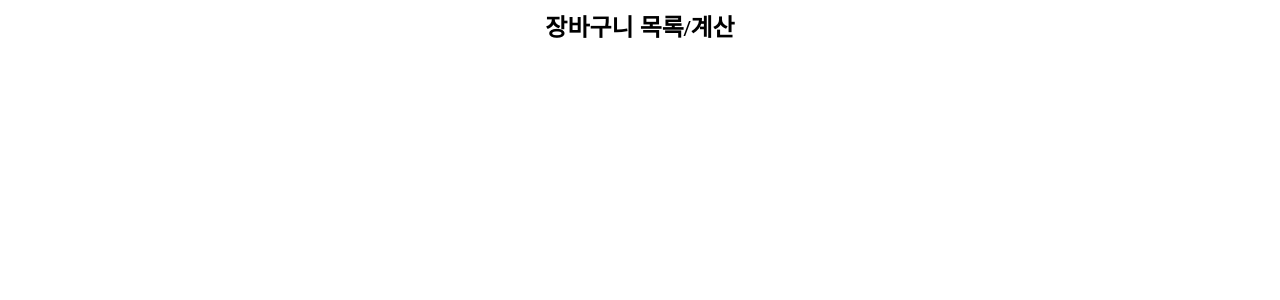
Repository: LTaeHoon/javajsp_ncs
Page: http://localhost/chap02_Directive_Object/impliciteObject/session/example2/calcProduct.jsp
These files come from the project's save history. The page is drawn as it stood at one moment and after the next save; the edit follows.
The browser window is 1280 px wide. The pictures show the whole page.
The page is served by Tomcat 9. Other server files are loaded and not shown.

Above is the page before, as saved 2017-01-16 01:16:52.

### chap02_Directive_Object/WebContent/impliciteObject/session/example2/calcProduct.jsp
<%@page import="java.util.ArrayList"%>
<%@ page language="java" contentType="text/html; charset=UTF-8"
    pageEncoding="UTF-8"%>
<!-- 장바구니 목록 확인 / 계산 -->

<div align = "center">
	<h2> 장바구니 목록/계산 </h2>
	<%
		//세션 키(전체 상품목록) 획득
		ArrayList<String> list = (ArrayList<String>)session.getAttribute("plist");
	%>

</div>

After the next save:
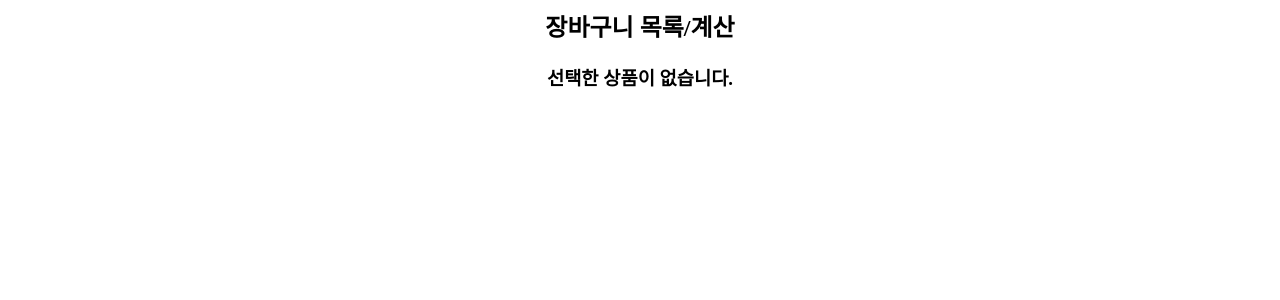
Saved 3 min 20 s later.
--- a/chap02_Directive_Object/WebContent/impliciteObject/session/example2/calcProduct.jsp
+++ b/chap02_Directive_Object/WebContent/impliciteObject/session/example2/calcProduct.jsp
@@ -8,6 +8,17 @@
 	<%
 		//세션 키(전체 상품목록) 획득
 		ArrayList<String> list = (ArrayList<String>)session.getAttribute("plist");
+
+		if(list != null){ //상품이 있는 경우
+			for(String p : list){ //개선된 for문
+				out.println(p+"<br>");
+			}
+		}else{
+			%>
+				<h3> 선택한 상품이 없습니다.</h3>
+			<%
+		}
+
 	%>
 
 </div>
